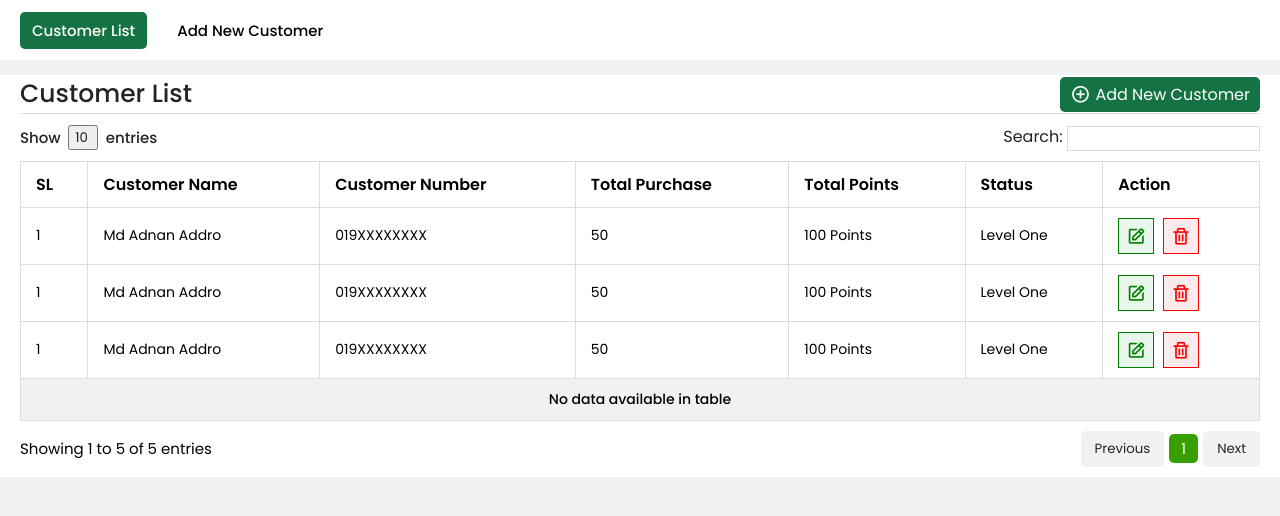
Repository: codebyaddro/customer-page
Page: customer.html
An editor plug-in stored every save of this project. The page is shown before and after a run of saves, followed by the edit.
The browser window is 1280 px wide. The pictures show the whole page.

Above is the page before, as saved 2025-02-20 14:33:13.

### customer.html
<!DOCTYPE html>
<html lang="en">
<head>
    <meta charset="UTF-8">
    <meta name="viewport" content="width=device-width, initial-scale=1.0">
    <!-- CSS -->
    <link rel="stylesheet" href="css/customer.css">
    <!-- Icons -->
    <link href='https://unpkg.com/boxicons@2.1.4/css/boxicons.min.css' rel='stylesheet'>
    <title>Customer - Page</title>
</head>
<body style="background-color: var(--gray-white);">
    <div class="cba-customer-container">
        <div class="cba-cusc-top-menus">
            <ul>
                <li><a href="/index.html" class="cba-cusc-active-menu">Customer List</a></li>
                <li><a href="/inner-pages/html/anc.html" class="cba-cusc-light-up">Add New Customer</a></li>
            </ul>
        </div>
        <div class="cba-cusc-list-container">
            <div class="cba-cusc-heading-add-new-btn">
                <div class="cba-cusc-heading">
                    <h2>Customer List</h2>
                </div>
                <div class="cba-cusc-add-new-btn">
                    <i class='cba-cusc-add-icon bx bx-plus-circle'></i>
                    <a href="/inner-pages/html/anc.html">Add New Customer</a>
                </div>
            </div>
            <div class="cba-cusc-list-short-dpdwn-search-box">
                <div class="cba-cusc-list-short-dpdwn">
                    <h3>Show</h3>
                    <select name="10" id="">
                        <option value="">10</option>
                        <option value="">20</option>
                        <option value="">30</option>
                        <option value="">All</option>
                    </select>
                    <h3>entries</h3>
                </div>
                <div class="cba-cusc-search-box">
                    <legend>Search: <input type="text"></legend>
                </div>
            </div>
            <div class="cba-cusc-table-list">
                <table>
                    <thead>
                        <tr>
                            <th title="SL">SL</th>
                            <th title="Code">Customer Name</th>
                            <th title="Category Name">Customer Number</th>
                            <th title="Status">Total Purchase</th>
                            <th title="Status">Total Points</th>
                            <th title="Status">Status</th>
                            <th title="Action">Action</th>
                        </tr>
                    </thead>
                    <tbody>
                        <tr>
                            <td>1</td>
                            <td>Md Adnan Addro</td>
                            <td>019XXXXXXXX</td>
                            <td>50</td>
                            <td><span>100</span> Points</td>
                            <td><span class="cba-cusc-ls1">Level One</span></td>
                            <td>
                                <a title="Edit" href="#"><i class='cba-cusc-edit-icon bx bx-edit'></i></a>
                                <a title="Delete" href="#"><i class='cba-cusc-delete-icon bx bx-trash'></i></a>
                            </td>
                        </tr>
                        <tr>
                            <td>1</td>
                            <td>Md Adnan Addro</td>
                            <td>019XXXXXXXX</td>
                            <td>50</td>
                            <td><span>100</span> Points</td>
                            <td><span class="cba-cusc-ls1">Level One</span></td>
                            <td>
                                <a title="Edit" href="#"><i class='cba-cusc-edit-icon bx bx-edit'></i></a>
                                <a title="Delete" href="#"><i class='cba-cusc-delete-icon bx bx-trash'></i></a>
                            </td>
                        </tr>
                        <tr>
                            <td>1</td>
                            <td>Md Adnan Addro</td>
                            <td>019XXXXXXXX</td>
                            <td>50</td>
                            <td><span>100</span> Points</td>
                            <td><span class="cba-cusc-ls1">Level One</span></td>
                            <td>
                                <a title="Edit" href="#"><i class='cba-cusc-edit-icon bx bx-edit'></i></a>
                                <a title="Delete" href="#"><i class='cba-cusc-delete-icon bx bx-trash'></i></a>
                            </td>
                        </tr>
                        <tr class="cba-cusc-no-data-available">
                            <th colspan="7">No data available in table</th>
                        </tr>
                    </tbody>
                </table>
            </div>
            <div class="cba-cusc-entries-details-list-page-btn">
                <div class="cba-cusc-entries-details">
                    Showing <span>1</span> to <span>5</span> of <span>5</span> entries
                </div>
                <div class="cba-cusc-list-page-btn">
                    <button>Previous</button>
                    <h4><span>1</span></h4>
                    <button>Next</button>
                </div>
            </div>
        </div>
    </div>
</body>
</html>

### css/customer.css
/* -- fonts -- */
@import url('https://fonts.googleapis.com/css2?family=Poppins:ital,wght@0,100;0,200;0,300;0,400;0,500;0,600;0,700;0,800;0,900;1,100;1,200;1,300;1,400;1,500;1,600;1,700;1,800;1,900&family=Raleway:ital,wght@0,100..900;1,100..900&family=Roboto:ital,wght@0,100;0,300;0,400;0,500;0,700;0,900;1,100;1,300;1,400;1,500;1,700;1,900&family=VT323&display=swap');

/* -- root -- */

:root {
    --gray-white: #F0F1F2; /* For body*/
    --white: #FFFFFF;
    --black: #000000;
    --gray-black: #DDDDDD;
    --lt-black: #212523;
    --lt-black-op: #21252350;
    --main-green: #157343;
    --main-lt: #37A000;
    --lt-orange: #FD7E14;
    --green: #008000;
    --lt-green: #e9f6ec;
    --red: #FF0000;
    --lt-red: #fbeaec;
    --blue: #0000FF;
    --lt-blue: #e6e6ff;
}

/* --universal style -- */

* {
    margin: 0;
    padding: 0;
    box-sizing: border-box;
    font-family: "Poppins", serif;
}

/* -- website app text selection cursor style */

::selection {
    color: var(--white);
    background-color: var(--main-lt);
}

/* -- customer container style -- */

.cba-customer-container {
    width: 100%;
    /* margin-top: 25px; */
}

/* -- top menus style--  */

.cba-cusc-top-menus {
    background-color: var(--white);
    display: flex;
    justify-content: left;
    align-items: center;
    height: 60px;
    padding: 10px 40px;
    margin-bottom: 15px;
}

.cba-cusc-top-menus ul {
    list-style-type: none;
    display: flex;
    gap: 30px;
    margin-left: -20px;
}

.cba-cusc-top-menus ul li a {
    text-decoration: none;
    color: var(--black);
    font-size: 15px;
    font-weight: 500;
}

/* -- active menu style -- */

.cba-cusc-active-menu {
    color: var(--white)!important;
    background-color: var(--main-green);
    padding: 8px 12px;
    border-radius: 5px;
}

/* -- menu hover style -- */

.cba-cusc-light-up:hover {
    color: var(--lt-orange);
}

/* -- list container style -- */

.cba-cusc-list-container {
    background-color: var(--white);
    padding: 0px 20px;
}

/* -- heading-add-new-btn style -- */

.cba-cusc-heading-add-new-btn {
    display: flex;
    justify-content: space-between;
    align-items: center;
    border-bottom: 1px solid var(--gray-black) ;
}

.cba-cusc-heading h2 {
    color: var(--lt-black);
    font-size: 25px;
    font-weight: 500;
}

/* -- add-new-btn style -- */

.cba-cusc-add-new-btn {
    display: flex;
    gap: 5px;
    justify-content: baseline;
    align-items: center;
}

.cba-cusc-add-new-btn {
    background-color: var(--main-green);
    padding: 5px 10px;
    border-radius: 5px;
}

.cba-cusc-add-new-btn a {
    color: var(--white);
    text-decoration: none;
}

.cba-cusc-add-icon {
    color: var(--white);
    font-size: 20px;
}

/* -- list-short-dpdwn-search-box style -- */

.cba-cusc-list-short-dpdwn-search-box {
    display: flex;
    justify-content: space-between;
    align-items: center;
    padding: 10px 0px;
}

/* -- list-short-dpdwn style -- */

.cba-cusc-list-short-dpdwn {
    display: flex;
    gap: 7.5px;
    align-items: center;
}

.cba-cusc-list-short-dpdwn h3 {
    color: var(--lt-black);
    font-size: 15px;
    font-weight: 500;
}

.cba-cusc-list-short-dpdwn select {
    color: var(--lt-black);
    appearance: none;
    height: 25px;
    width: 30px;
    padding-left: 6px;
    outline: none;
    border-radius: 2.5px;
}

/* -- search-box style -- */

.cba-cusc-search-box {
    display: flex;
    align-items: center;
}

.cba-cusc-search-box legend {
    color: var(--lt-black);
}

.cba-cusc-search-box input {
    outline: none;
    height: 25px;
    width: 193px;
    border: 1px solid var(--gray-black);
}

/* -- table-list style --*/

table {
    border-collapse: collapse;
    width: 100%;
}

@media (max-width: 768px) {
    table {
        width: 100%;
        padding: 0rem;
        display: block;
        overflow-x: scroll;
        overflow-y: hidden;
        scrollbar-width: thin;
        scrollbar-color: var(--black);
    }
}

/* -- thead style -- */

thead {
    cursor: pointer;
}

th, td {
    border: 1px solid var(--gray-black);
    padding: 10px 15px;
}

thead tr th {
    font-size: 1rem;
    font-weight: 600;
    text-align: left;
}

tbody tr td {
    font-size: 0.875rem;
}

tbody tr:hover {
    background-color: var(--gray-white);
}

/* -- tbody style -- */

/* status style */

.cba-cusc-active {
    color: var(--green);
    background-color: var(--lt-green);
    font-size: 12px;
    font-weight: 500;
    padding: 2.5px 7.5px;
    border-radius: 5px;
}

.cba-cusc-inactive {
    color: var(--red);
    background-color: var(--lt-red);
    font-size: 12px;
    font-weight: 500;
    padding: 2.5px 7.5px;
    border-radius: 5px;
}

/* -- action style -- */

.cba-cusc-edit-icon {
    color: var(--green);
    background-color: var(--lt-green);
    padding: 7px 7px;
    margin-right: 2.5px;
    border: 1px solid var(--green);
    font-size: 20px;
}

.cba-cusc-edit-icon:hover {
    background-color: var(--lt-black-op);
}

.cba-cusc-delete-icon {
    color: var(--red);
    background-color: var(--lt-red);
    padding: 7px 7px;
    margin-left: 2.5px;
    border: 1px solid var(--red);
    font-size: 20px;
}

.cba-cusc-delete-icon:hover {
    background-color: var(--lt-black-op);
}

/* -- no data style */

.cba-cusc-no-data-available th {
    font-size: 14px;
    font-weight:500;
    color: var(--black);
    background-color: var(--gray-white);
}

/* -- entries-details-list-page-btn style -- */

.cba-cusc-entries-details-list-page-btn {
    display: flex;
    justify-content: space-between;
    align-items: center;
    padding: 10px 0px;
}

.cba-cusc-entries-details {
    color: var(--black);
    font-size: 15px;
}

.cba-cusc-list-page-btn {
    display: flex;
    gap: 5px;
    align-items: center;
}

.cba-cusc-list-page-btn button {
    color: var(--lt-black);
    background-color: var(--gray-white);
    padding: 8px 14px;
    border: none;
    border-radius: 5px;
    cursor: pointer;
}

.cba-cusc-list-page-btn > h4 {
    color: var(--white);
    background-color: var(--main-lt);
    font-size: 15px;
    font-weight: 400;
    padding: 3px 12px;
    border-radius: 5px;
}

After the next 2 saves:
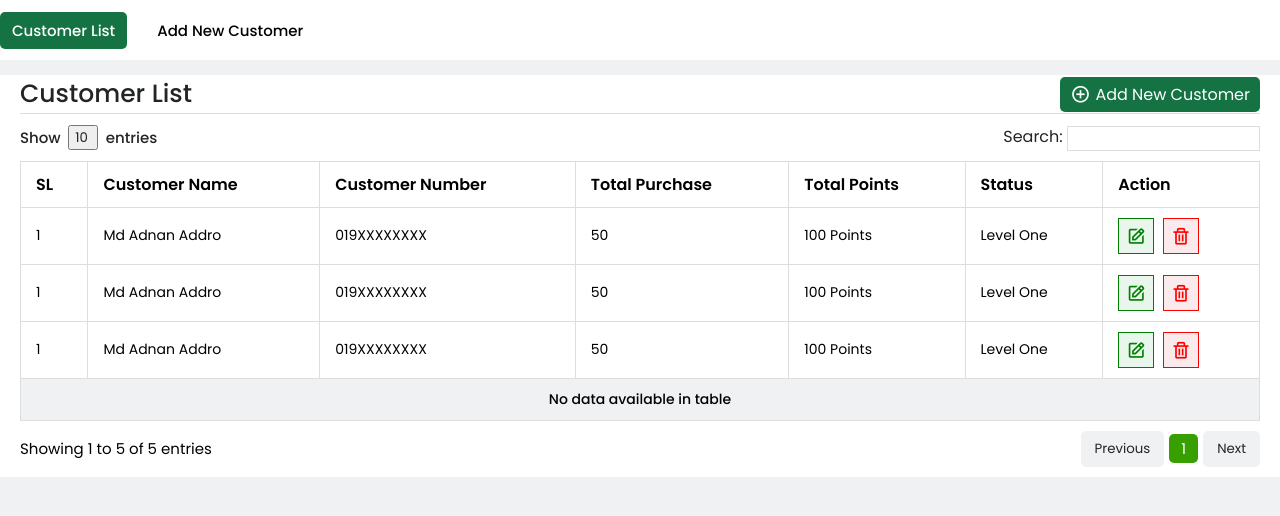
The 2 saves are shown as one change because they came seconds apart.
The last was saved 110 s later.
--- a/css/customer.css
+++ b/css/customer.css
@@ -52,7 +52,7 @@
     justify-content: left;
     align-items: center;
     height: 60px;
-    padding: 10px 40px;
+    padding: 10px 20px;
     margin-bottom: 15px;
 }
 

After the 2 saves that followed:
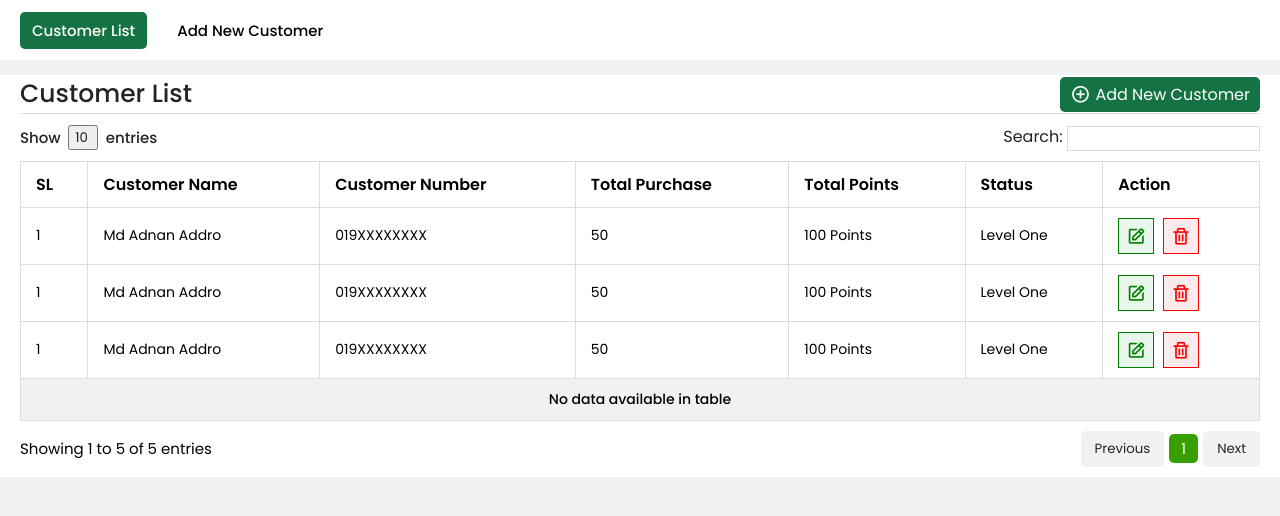
The 2 saves are shown as one change because they came seconds apart.
The last was saved 14 s later.
--- a/css/customer.css
+++ b/css/customer.css
@@ -52,7 +52,7 @@
     justify-content: left;
     align-items: center;
     height: 60px;
-    padding: 10px 20px;
+    padding: 10px 40px;
     margin-bottom: 15px;
 }
 
